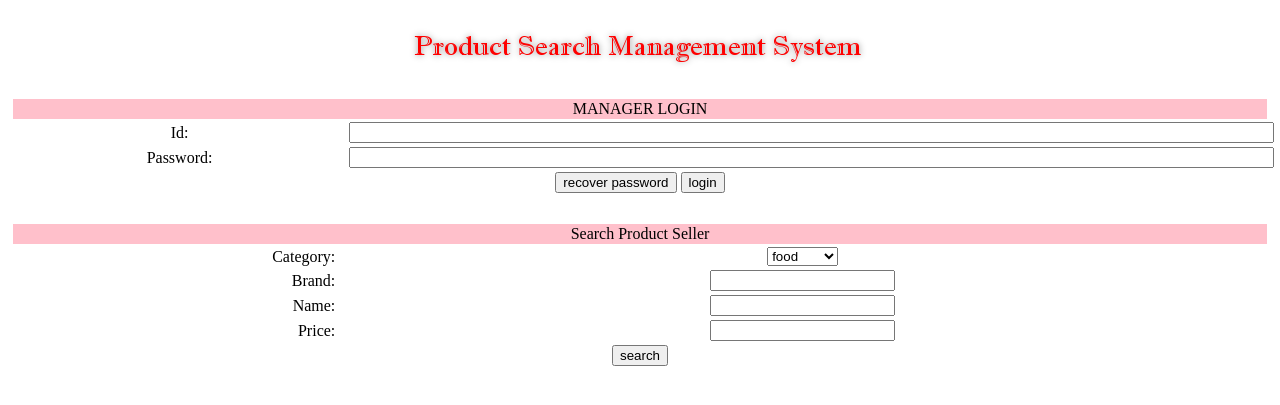
Repository: DishantVaghela/ProductSearchManagementSystem
Page: http://localhost/ProductSearchManagementSystem/
The author's editor kept a copy of each file at every save. The page is drawn from the files as they stood at one save, then again after the next save.
The browser window is 1280 px wide. The pictures show the whole page.
The page is served by Tomcat 9.

Above is the page before, as saved 2017-04-28 22:58:04.

After the next save:
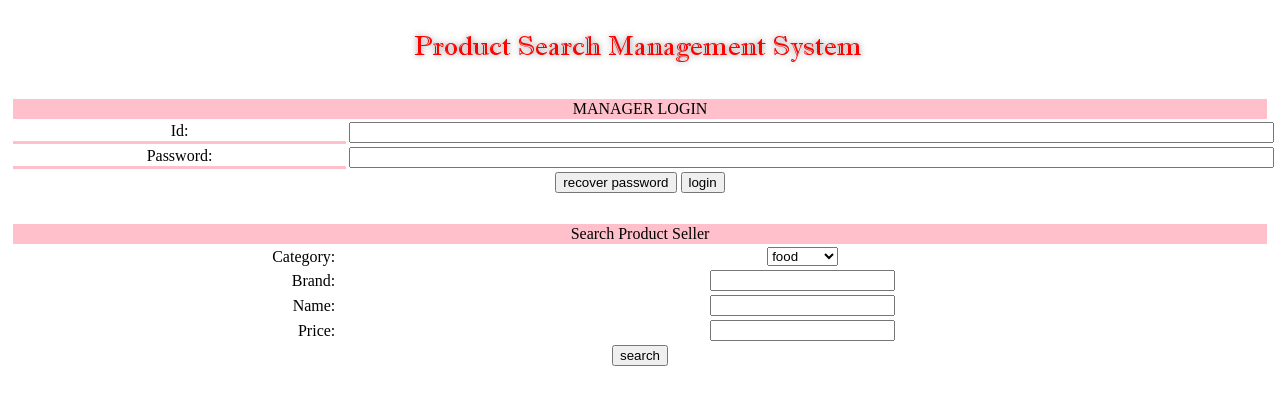
Saved 1 s later.
--- a/ProductSearchManagementSystem/WebContent/index.jsp
+++ b/ProductSearchManagementSystem/WebContent/index.jsp
@@ -23,11 +23,11 @@
 							<td colspan="2" bgcolor="pink">MANAGER LOGIN</td>
 						</tr>
 						<tr>
-							<td >Id:</td>
+							<td class="title">Id:</td>
 							<td><input type="text" name="textFieldId"></td>
 						</tr>
 						<tr>
-							<td>Password:</td>
+							<td class="title">Password:</td>
 							<td><input type="password" name="textFieldPassword"></td>
 						</tr>
 
